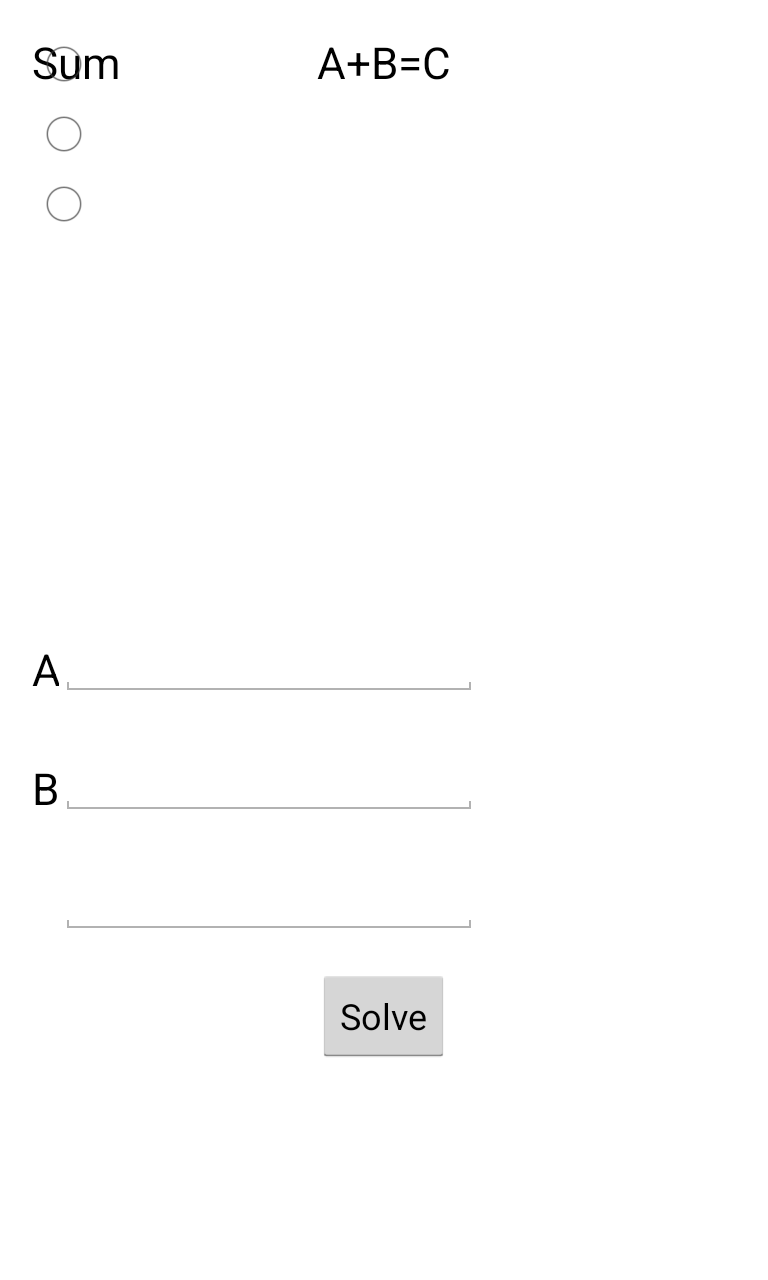
Repository: dtri123/Equation-Station
Layout: TheEquationStation/res/layout/addition_page.xml
The author's editor kept a copy of each file at every save. The layout is drawn from the files as they stood at one save, then again after the next save.
It is drawn on a 768 x 1280 px phone screen (xhdpi) without system bars, with theme AppTheme; the app's code is not run.

Above is the layout before, as saved 2013-07-18 17:15:52.

After the next save:
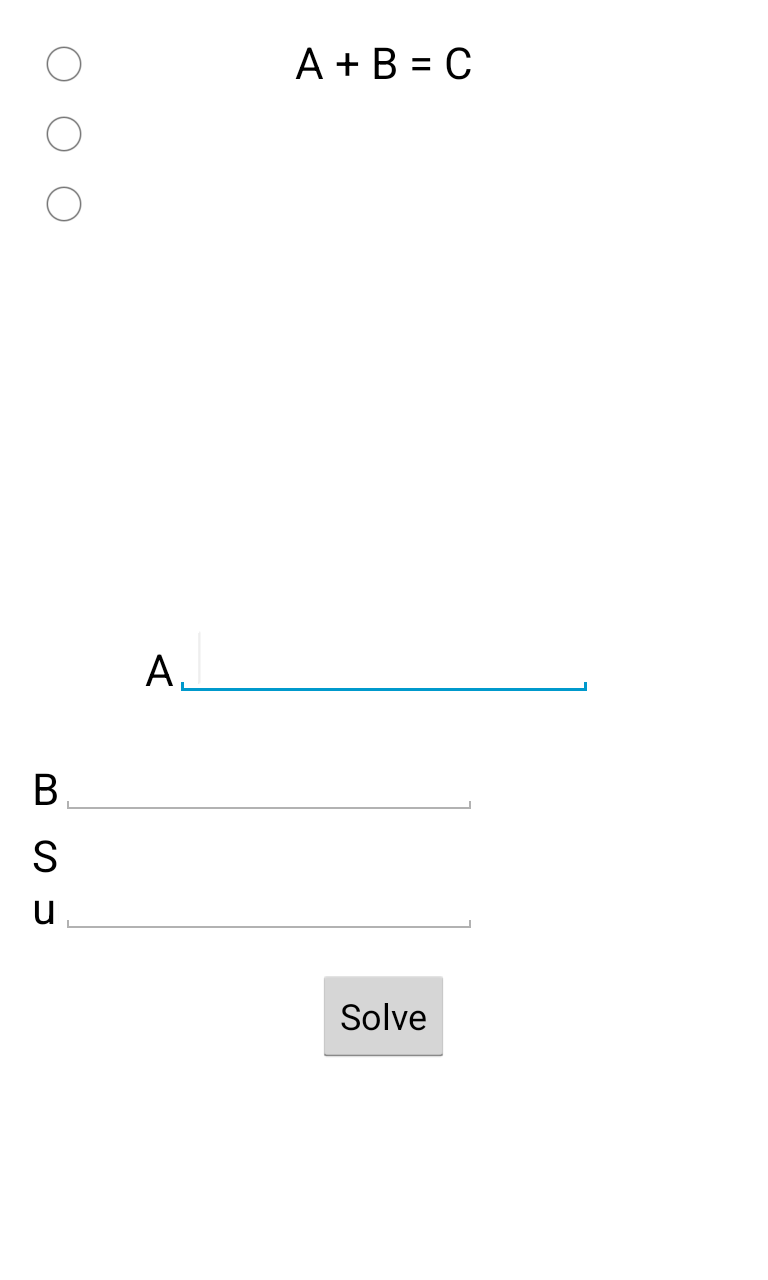
Saved 2 min 4 s later.
--- a/TheEquationStation/res/layout/addition_page.xml
+++ b/TheEquationStation/res/layout/addition_page.xml
@@ -23,16 +23,7 @@
         android:layout_width="wrap_content"
         android:layout_height="wrap_content"
         android:layout_centerHorizontal="true"
-        android:text="A+B=C"
-        android:textAppearance="?android:attr/textAppearanceLarge" />
-
-    <TextView
-        android:id="@+id/TextView01"
-        android:layout_width="wrap_content"
-        android:layout_height="wrap_content"
-        android:layout_alignBottom="@+id/editText3"
-        android:layout_alignLeft="@+id/textView4"
-        android:text="Sum"
+        android:text="A + B = C"
         android:textAppearance="?android:attr/textAppearanceLarge" />
     <RadioGroup android:id="@+id/group1"
 	    android:layout_width="fill_parent"
@@ -80,16 +71,6 @@
         android:ems="10"
         android:inputType="numberDecimal" />
 
-    <EditText
-        android:id="@+id/editText_AddA"
-        android:layout_width="wrap_content"
-        android:layout_height="wrap_content"
-        android:layout_above="@+id/editText_AddB"
-        android:layout_alignLeft="@+id/editText_AddB"
-        android:layout_marginBottom="20dp"
-        android:ems="10"
-        android:inputType="numberDecimal" />
-
     <TextView
         android:id="@+id/textView4"
         android:layout_width="wrap_content"
@@ -108,4 +89,26 @@
         android:text="A"
         android:textAppearance="?android:attr/textAppearanceLarge" />
 
+    <TextView
+        android:id="@+id/TextView01"
+        android:layout_width="wrap_content"
+        android:layout_height="wrap_content"
+        android:layout_alignBottom="@+id/editText_AddSum"
+        android:layout_toLeftOf="@+id/editText_AddSum"
+        android:text="Sum"
+        android:textAppearance="?android:attr/textAppearanceLarge" />
+
+    <EditText
+        android:id="@+id/editText_AddA"
+        android:layout_width="wrap_content"
+        android:layout_height="wrap_content"
+        android:layout_above="@+id/editText_AddB"
+		android:layout_centerHorizontal="true"
+        android:layout_marginBottom="20dp"
+        android:ems="10"
+        android:inputType="numberDecimal" >
+
+        <requestFocus />
+    </EditText>
+
 </RelativeLayout>
